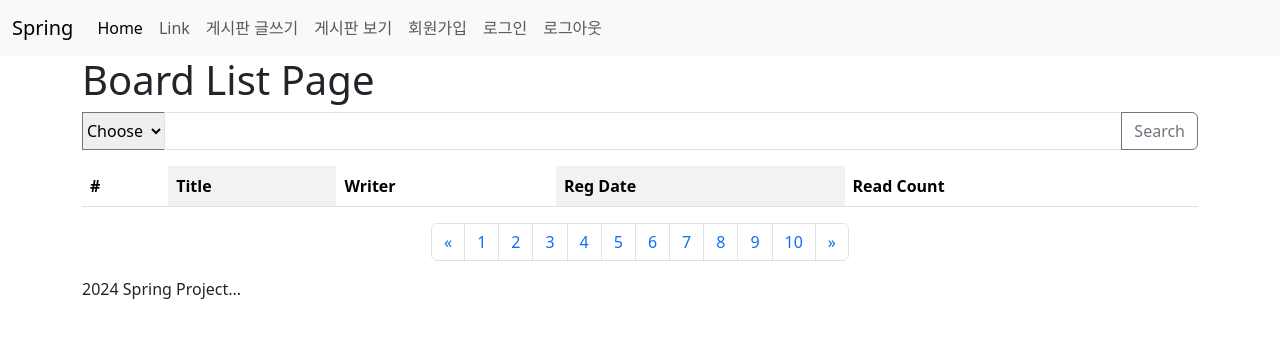
Repository: gajami-kim/240430_Spring_Study
Page: http://localhost/spring_study/WEB-INF/views/board/list.jsp
An editor plug-in stored every save of this project. The page is shown before and after the next save, followed by the edit.
The browser window is 1280 px wide. The pictures show the whole page.
The page is served by Tomcat 9. Nobody is signed in. The template is opened directly, without the code that normally fills it, so the values that code supplies are empty.

Above is the page before, as saved 2024-04-24 08:22:41.

### spring_study/src/main/webapp/WEB-INF/views/board/list.jsp
<%@ page language="java" contentType="text/html; charset=UTF-8"
    pageEncoding="UTF-8"%>
    <%@ taglib uri="http://java.sun.com/jsp/jstl/core" prefix="c" %>
<jsp:include page="../layout/header.jsp" />
<div class="container-sm">
	<h1>Board List Page</h1>

	<!-- 검색라인 -->
	<form action="">
		<div class="input-group mb-3">
		  <select name="type">
		  	<option>Choose</option>
		  	<option>Title</option>
		  	<option>Writer</option>
		  	<option>Content</option>
		  </select>
		  <input type="text" class="form-control" aria-label="Text input with dropdown button">
		  <button class="btn btn-outline-secondary" type="button" id="button-addon2">Search</button>
		</div>

	</form>
	<table class="table table-striped-columns">
		<thead>
			<tr>
				<th>#</th>
				<th>Title</th>
				<th>Writer</th>
				<th>Reg Date</th>
				<th>Read Count</th>
			</tr>
		</thead>
		<c:forEach items="${list }" var="bvo">
		<tbody>
			<tr>
				<td>${bvo.bno }</td>
				<td><a href="/board/detail?bno=${bvo.bno }">${bvo.title }</a></td>
				<td>${bvo.writer }</td>
				<td>${bvo.reg_date }</td>
				<td>${bvo.read_count }</td>
			</tr>
		</tbody>
		</c:forEach>
	</table>
	<!-- 페이지네이션 라인 -->
	<nav aria-label="Page navigation example">
	  <ul class="pagination justify-content-center">
	    <li class="page-item">
	      <a class="page-link" href="#" aria-label="Previous">
	        <span aria-hidden="true">&laquo;</span>
	      </a>
	    </li>
	    <c:forEach begin="1" end="10" var="i">
		    <li class="page-item"><a class="page-link" href="#">${i }</a></li>
	    </c:forEach>
	    <li class="page-item">
	      <a class="page-link" href="#" aria-label="Next">
	        <span aria-hidden="true">&raquo;</span>
	      </a>
	    </li>
	  </ul>
	</nav>
</div>
<jsp:include page="../layout/footer.jsp" />

### spring_study/src/main/webapp/WEB-INF/views/layout/header.jsp
<%@ page language="java" contentType="text/html; charset=UTF-8"
    pageEncoding="UTF-8"%>
<!DOCTYPE html>
<html>
<head>
<meta charset="UTF-8">
<title>header.jsp</title>
</head>
<link href="https://cdn.jsdelivr.net/npm/bootstrap@5.3.3/dist/css/bootstrap.min.css" rel="stylesheet" integrity="sha384-QWTKZyjpPEjISv5WaRU9OFeRpok6YctnYmDr5pNlyT2bRjXh0JMhjY6hW+ALEwIH" crossorigin="anonymous">
<script src="https://cdn.jsdelivr.net/npm/bootstrap@5.3.3/dist/js/bootstrap.bundle.min.js" integrity="sha384-YvpcrYf0tY3lHB60NNkmXc5s9fDVZLESaAA55NDzOxhy9GkcIdslK1eN7N6jIeHz" crossorigin="anonymous"></script>
<body>
<nav class="navbar navbar-expand-lg bg-body-tertiary">
  <div class="container-fluid">
    <a class="navbar-brand" href="#">Spring</a>
    <button class="navbar-toggler" type="button" data-bs-toggle="collapse" data-bs-target="#navbarSupportedContent" aria-controls="navbarSupportedContent" aria-expanded="false" aria-label="Toggle navigation">
      <span class="navbar-toggler-icon"></span>
    </button>
    <div class="collapse navbar-collapse" id="navbarSupportedContent">
      <ul class="navbar-nav me-auto mb-2 mb-lg-0">
        <li class="nav-item">
          <a class="nav-link active" aria-current="page" href="#">Home</a>
        </li>
        <li class="nav-item">
          <a class="nav-link" href="#">Link</a>
        </li>
        <li class="nav-item">
          <a class="nav-link" href="/board/register">게시판 글쓰기</a>
        </li>
        <li class="nav-item">
          <a class="nav-link" href="/board/list">게시판 보기</a>
        </li>
        <li class="nav-item">
          <a class="nav-link" href="#">회원가입</a>
        </li>
        <li class="nav-item">
          <a class="nav-link" href="#">로그인</a>
        </li>
        <li class="nav-item">
          <a class="nav-link" href="#">로그아웃</a>
        </li>
      </ul>
    </div>
  </div>
</nav>

### spring_study/src/main/webapp/WEB-INF/views/layout/footer.jsp
<%@ page language="java" contentType="text/html; charset=UTF-8"
    pageEncoding="UTF-8"%>

<div class="container-sm">
	2024 Spring Project...
</div>

</body>
</html>

After the next save:
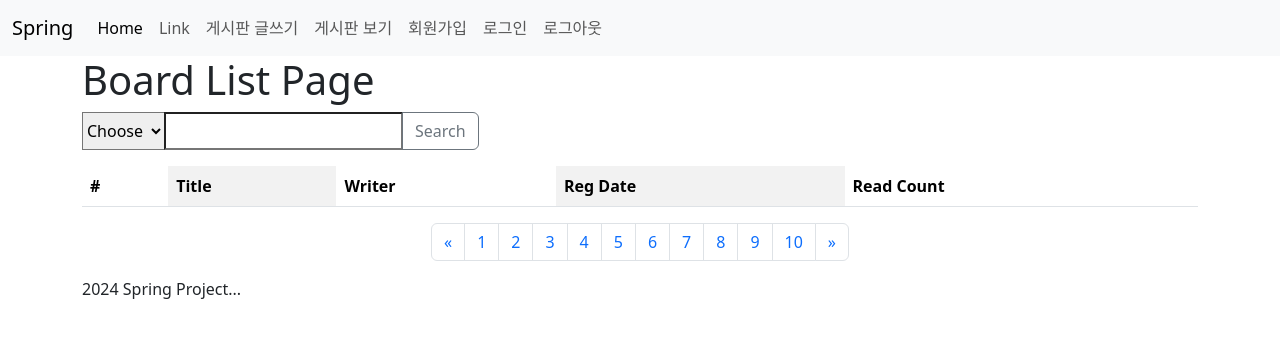
Saved 41 s later.
--- a/spring_study/src/main/webapp/WEB-INF/views/board/list.jsp
+++ b/spring_study/src/main/webapp/WEB-INF/views/board/list.jsp
@@ -14,7 +14,7 @@
 		  	<option>Writer</option>
 		  	<option>Content</option>
 		  </select>
-		  <input type="text" class="form-control" aria-label="Text input with dropdown button">
+		  <input type="text" >
 		  <button class="btn btn-outline-secondary" type="button" id="button-addon2">Search</button>
 		</div>
 

After the save that followed:
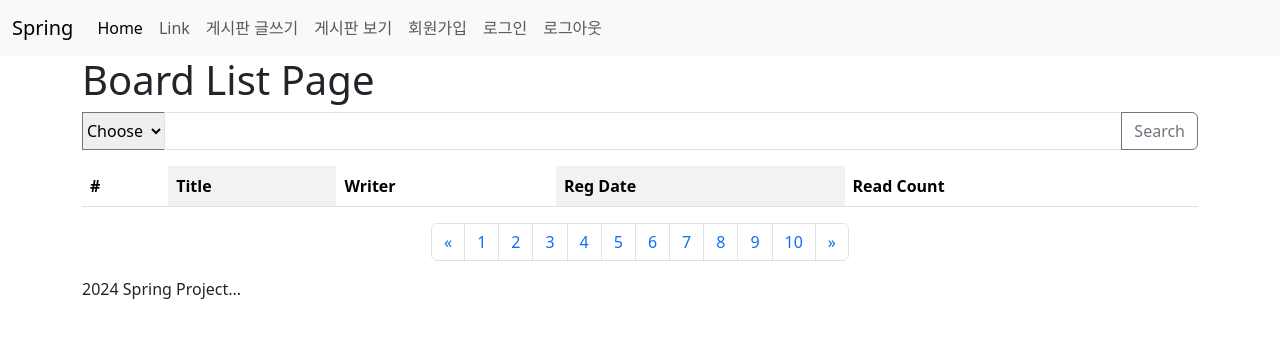
Saved 6 s later.
--- a/spring_study/src/main/webapp/WEB-INF/views/board/list.jsp
+++ b/spring_study/src/main/webapp/WEB-INF/views/board/list.jsp
@@ -14,7 +14,7 @@
 		  	<option>Writer</option>
 		  	<option>Content</option>
 		  </select>
-		  <input type="text" >
+		  <input type="text" class="form-control" aria-label="Text input with dropdown button">
 		  <button class="btn btn-outline-secondary" type="button" id="button-addon2">Search</button>
 		</div>
 
